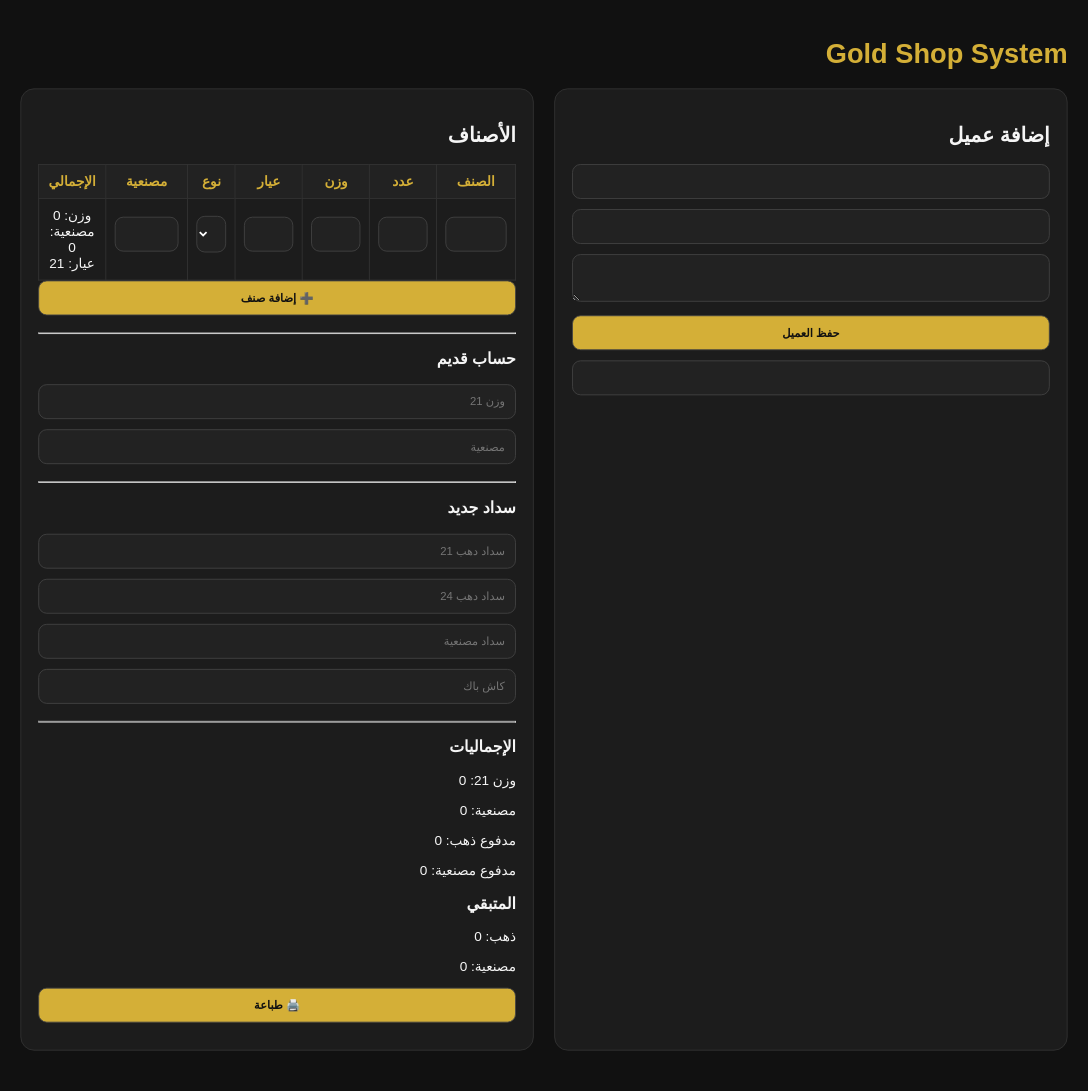
Repository: erineehab27/gold-shop
Page: /
The author's editor kept a copy of each file at every save. The page is drawn from the files as they stood at one save, then again after the next save.
The browser window is 1280 px wide. The pictures show the whole page, at 85% of full size.
The project was rebuilt for these pictures with package versions that can differ from the ones it lists, and the page was loaded fresh each time. Also part of the build but not shown: vite.config.js, src/printpage.jsx.

Above is the page before, as saved 2026-05-11 12:29:40.

After the next save:
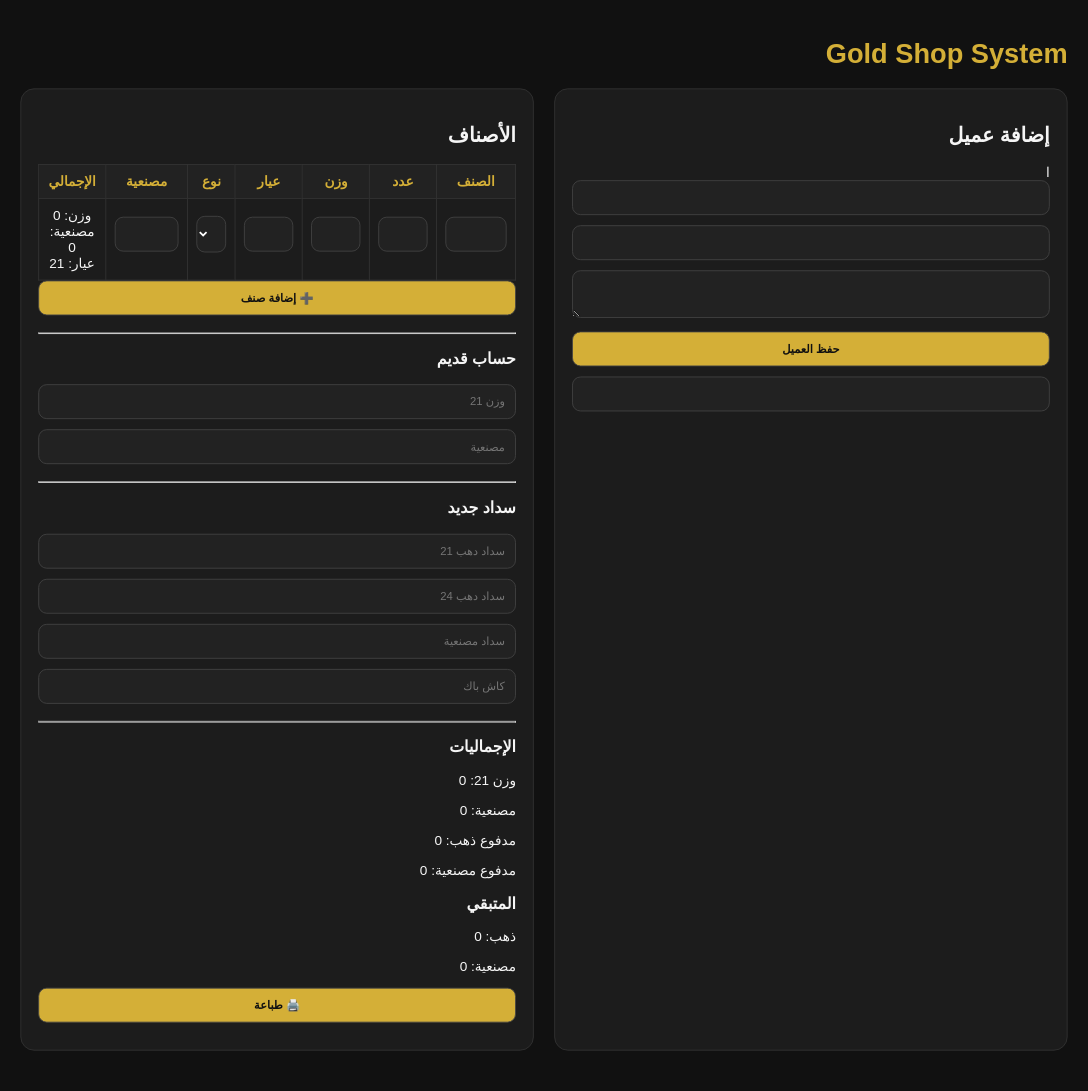
Saved 10 s later.
--- a/src/App.jsx
+++ b/src/App.jsx
@@ -494,7 +494,7 @@ export default function App() {
           <h2>إضافة عميل</h2>
 
           <form onSubmit={addCustomer}>
-            <label> </label>
+            <label> ا</label>
             <input
               value={customerForm.name}
               onChange={(e) =>
